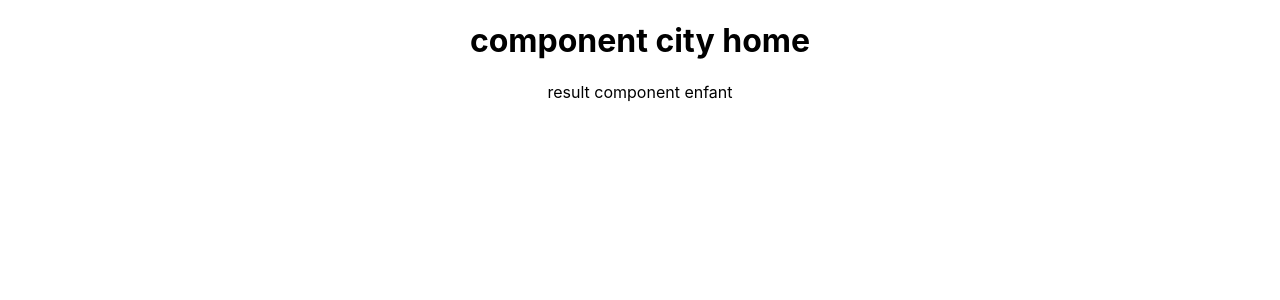
Repository: julieLyM/app-weather
Page: / (app in client/)
These files come from the project's save history. The page is drawn as it stood at one moment and after a run of saves; the edit follows.
The browser window is 1280 px wide. The pictures show the whole page.
The project was rebuilt for these pictures with package versions that can differ from the ones it lists, and the page was loaded fresh each time.

Above is the page before, as saved 2020-08-28 10:17:34.

### client/src/App.js
import React from "react";
import City from "./components/City";
import "./App.css";

function App() {
  return (
    <div className="App">
      <City />
    </div>
  );
}

export default App;

### client/src/components/City.js
import React, { Component } from 'react';

import { Results } from './Results';
import { SearchBar } from './SearchBar';

import { getWeatherByCity } from '../service/data';

export default class City extends Component {
  state = {
    city: '',
    resultCity: null,
  };

  onChange = ({ target: { value: city } }) => {
    this.setState({ city });
  };

  searchCity = async () => {
    const { data } = async () => {
      await getWeatherByCity(this.state.city);
      this.setState({ resultCity: data });
    };
  };

  onKeyDown = (e) => {
    if (e.key === 'Enter') {
      this.searchCity();
    }
  };

  render() {
    return (
      <div>
        <h1>component city home</h1>
        <SearchBar />
        <Results />
      </div>
    );
  }
}

### client/src/components/Results.js
import React from 'react';

export const Results = () => {
  return <div>result component enfant</div>;
};

### client/src/components/SearchBar.js
import React from 'react';

export const SearchBar = () => {
  return <div></div>;
};

### client/src/service/data.js
import axios from 'axios';

export const getWeatherByCity = async (cityName) => {
  return await axios.get(`api/v1/weatherCity`, { params: { q: cityName } });
};

export const getWeatherForFiveDaysByCity = async (cityName) => {
  return await axios.get(`api/v1/weatherCity/forecast`, {
    params: { q: cityName },
  });
};

Loaded but not shown: client/public/index.html (common file); client/src/index.js (common file); client/src/index.css (common file); client/src/serviceWorker.js (common file); client/src/App.css (common file)

After the next 2 saves:
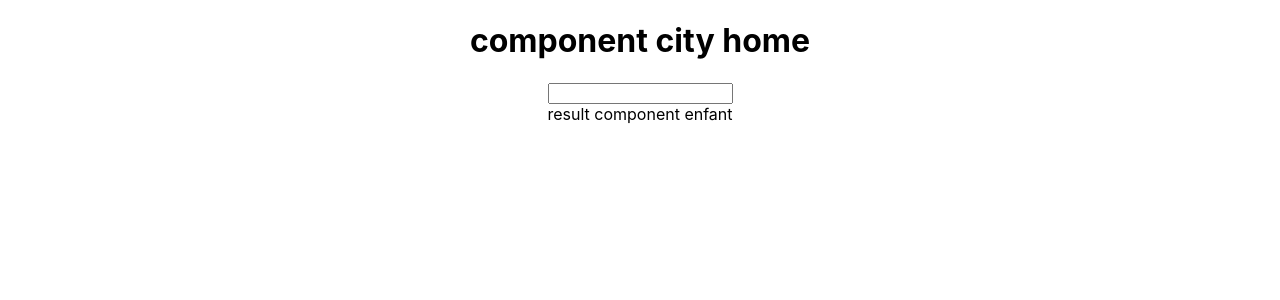
The 2 saves are shown as one change because they came seconds apart.
The last was saved 19 s later.
--- a/client/src/components/SearchBar.js
+++ b/client/src/components/SearchBar.js
@@ -1,5 +1,9 @@
 import React from 'react';
 
 export const SearchBar = () => {
-  return <div></div>;
+  return (
+    <div>
+      <input></input>
+    </div>
+  );
 };
